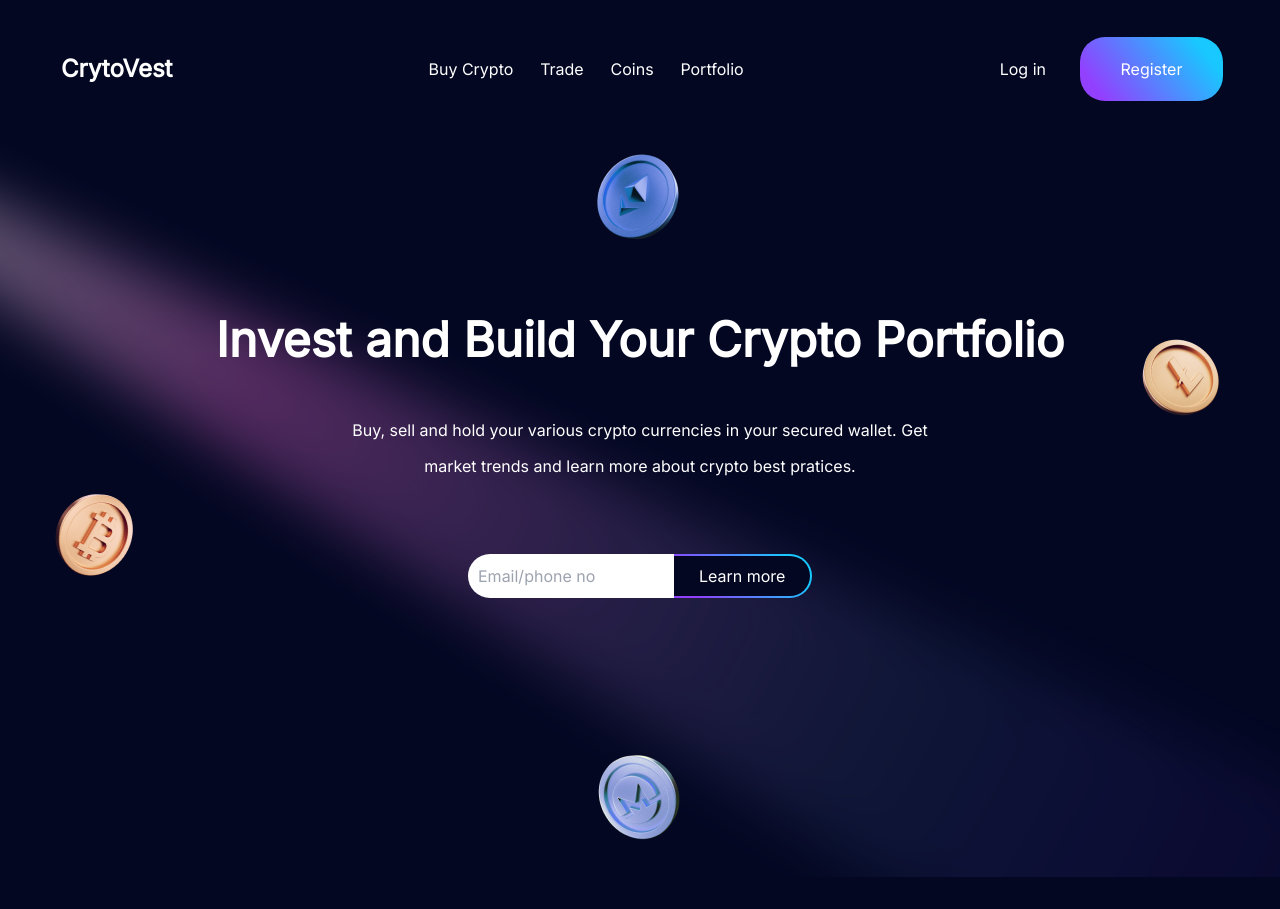
Repository: Eugene44-hub/cryptovest
Page: /
An editor plug-in stored every save of this project. The page is shown before and after the next save, followed by the edit.
The browser window is 1280 px wide. The pictures show the whole page.
The project was rebuilt for these pictures with package versions that can differ from the ones it lists, and the page was loaded fresh each time. Also part of the build but not shown: vite.config.ts.

Above is the page before, as saved 2022-07-16 00:04:36.

### src/App.tsx
import Home from "./pages/home/Home"

function App() {

  return (
    <div className="App">
      <Home/>

    </div>
  )
}

export default App

### src/index.css
@import url('https://fonts.googleapis.com/css2?family=Inter&display=swap');
@tailwind base;
@tailwind components;
@tailwind utilities;
body {
    margin: 0;
    font-family: 'Inter', sans-serif;
    -webkit-font-smoothing: antialiased;
    -moz-osx-font-smoothing: grayscale;
    padding: 0;
    background-color: rgba(3, 7, 34, 1);
}

code {
    font-family: source-code-pro, Menlo, Monaco, Consolas, 'Courier New', monospace;
}

.container {
    max-width: 1440px;
    margin: 0 auto;
}

### src/pages/home/Home.tsx
import React from 'react'
import Hero from '../../components/hero/Hero'
import Nav from '../../components/nav/Nav'

const Home = () => {
  return (
    <div>
      <Nav/>
      <Hero/>
    </div>
  )
}

export default Home

### src/components/hero/Hero.tsx
import React from 'react'
import etherum from "../../assets/images/hero/EtheriumCoin.png"
import bitcoin from "../../assets/images/hero/Bitcoin.png"
import monero from "../../assets/images/hero/Monero.png"
import liteCoin from "../../assets/images/hero/LiteCoin.png"
import spotlight from "../../assets/images/hero/spotlight.svg"
import styles from "./Hero.module.scss"
const Hero = () => {
  return (
    <section className={`${styles.section}`}>
      {/* <img src={spotlight} className="absolute left-0" alt="" /> */}
      <article className={`${styles.container} container px-[24px]`}>

        <img src={etherum} className="m-auto w-[20%] md:w-auto mt-[10px]" alt="etherum" />

        <div className='mt-[17px] flex-wrap flex'>

          <div className=' w-full relative'>
          <header className={`${styles.header} text-white text-center`}>
            Invest and Build Your Crypto Portfolio
          </header>
          <figure className='flex w-full  justify-end md:absolute top-0'>
          <img src={liteCoin} className={"w-[20%] md:w-[auto] md:w-[10%]  "} alt="" />
          </figure>
          </div>

          <div className='w-full relative  m-auto md:order-2 md:mt-0 mt-[3px] '>
          <div className='flex md:w-[344px] sm:w-[60%] m-auto rounded-[25px] mt-[3px] overflow-hidden'>
            <input type="text" className='p-[10px] w-[60%]' placeholder='Email/phone no' />
            <div className={`${styles.btnContainer} flex-1 p-[2px]  pl-0`}>
              <button className={` w-full h-full  ${styles.inputBtn}`}>
                Learn more
              </button>
            </div>
          </div>
          <figure className='w-[20%] left-0 top-[-200%] md:absolute'>
            <img src={bitcoin} className="mt-[8px]" alt="bitcoin" />
          </figure>
          </div>



          <div className='text-center w-[90%] lg:mt-[36px] md:mt-[70px] md:mb-[67px] md:max-w-[626px] mt-[11px] mt-[] leading-[36px] m-auto'>
            <p className="text-white">
            Buy, sell and hold your various crypto currencies in your secured wallet. Get market trends and learn more about crypto best pratices.
            </p>
          </div>
        </div>
        <img src={monero} className="md:mt-[121px] mt-[17px] mb-[32px] md:w-auto w-[20%] m-auto" alt="monero" />
<div className='sm:hidden'>
  <button className={`${styles.btn} w-full`}>
    Register
  </button>
</div>
      </article>
    </section>
  )
}

export default Hero

### src/components/nav/Nav.tsx
import React from 'react'
import styles from "./Nav.module.scss"
const navItems = ["Buy Crypto", "Trade", "Coins", "Portfolio"]
import { AiOutlineMenu } from "react-icons/ai"

const Nav = () => {
  return (
    <nav className='pt-[37px]'>
      <div className='container  px-[24px] md:pl-[61px] md:pr-[57px] text-white'>
        <div className='flex justify-between items-center'>
          <span className={`font-[700] ${styles.banner}`}>
            CrytoVest
          </span>
          <div className='hidden lg:flex justify-between items-center flex-1'>
            <ul className='flex font-[500] m-auto lg:w-[50%] xl:w-[30%]  justify-between'>
              {navItems.map((item, index) => (<li key={index}>{item}</li>))}
            </ul>
            <div className='font-[500]'>
              <button className='mr-[34px]'>
                Log in
              </button>
              <button className={`${styles.btn} w-[143px]`}>
                Register
              </button>
            </div>
          </div>
          <AiOutlineMenu color="white" size={24} className="font-bold lg:hidden" />
        </div>


      </div>
    </nav>
  )
}

export default Nav

### src/components/hero/Hero.module.scss
@import "../../sass";
.section {
    background-image: url(../../assets/images/hero/spotlight.svg);
    background-repeat: no-repeat;
    .container {
        .header {
            font-weight: 900;
            font-size: 48px;
            @include devices(1200px) {
                font-size: 30px;
            }
            @include devices(768px) {
                font-size: 24px;
            }
        }
        .btnContainer {
            background: $gradient1
        }
        .inputBtn {
            background: $bgColor;
            color: white;
            border-radius: 0px 25px 25px 0px;
        }
    }
    .btn {
        @include setBtn($gradient1)
    }
}

### src/components/nav/Nav.module.scss
@import "../../sass/index.scss";
.banner {
    font-size: rem(24);
}

.btn {
    @include setBtn($gradient1);
}

### src/sass/index.scss
@import "./config";

### src/sass/config/_index.scss
@import "variables";
@import "utilities";
@import "mixins&funcs";

### src/sass/config/_variables.scss
$gradient1:linear-gradient(231.7deg, #18C8FF 15.39%, #933FFE 87.39%);
$gradient: linear-gradient(180.01deg, rgba(245, 245, 245, 0.53) 0.39%, rgba(205, 96, 188, 0.5) 24.76%, rgba(56, 77, 130, 0.26) 63.89%, rgba(105, 30, 226, 0.03) 92.45%);
$bgColor:rgba(3, 7, 34, 1);
$purple1:rgba(185, 130, 255, 1);
$purple1:rgba(132, 112, 255, 1);
$grey1:rgba(255, 255, 255, 1);

### src/sass/config/_utilities.scss
/*
➡️ 0px -480px -  Smaller Smartphones

➡️ 481px -768px  - Tablets & larger smartphones

➡️ 769px -1279px  -  Laptops, larger tablets
in landscape, and small desktops

➡️ 1280px+ - Larger desktops and monitors
*/

%btn {
    border-radius: 25px;
    padding: 20px 0;
}

### src/sass/config/_mixins&funcs.scss
@use "sass:math";
@function rem($px, $default:16) {
    @return (math.div($px, $default)*1rem);
}

@mixin devices($device) {
    @media screen and (max-width: $device) {
        @content;
    }
}

@mixin setBtn($bgColor) {
    background: $bgColor;
    color: white;
    @extend %btn
}

Loaded but not shown: index.html (common file); src/main.tsx (common file); tailwind.config.js (common file)

After the next save:
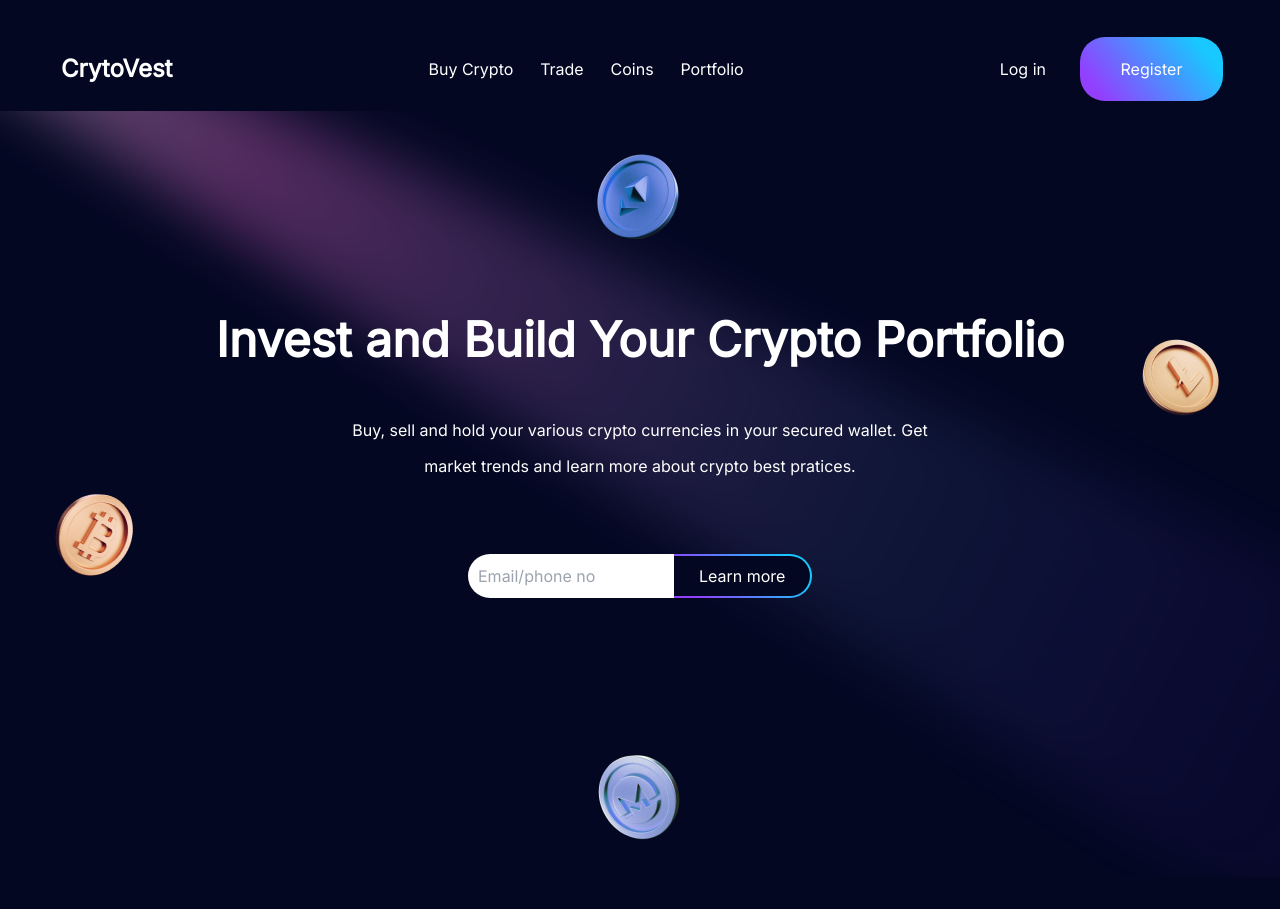
Saved 45 s later.
--- a/src/components/hero/Hero.module.scss
+++ b/src/components/hero/Hero.module.scss
@@ -2,6 +2,7 @@
 .section {
     background-image: url(../../assets/images/hero/spotlight.svg);
     background-repeat: no-repeat;
+    background-position: 0;
     .container {
         .header {
             font-weight: 900;
